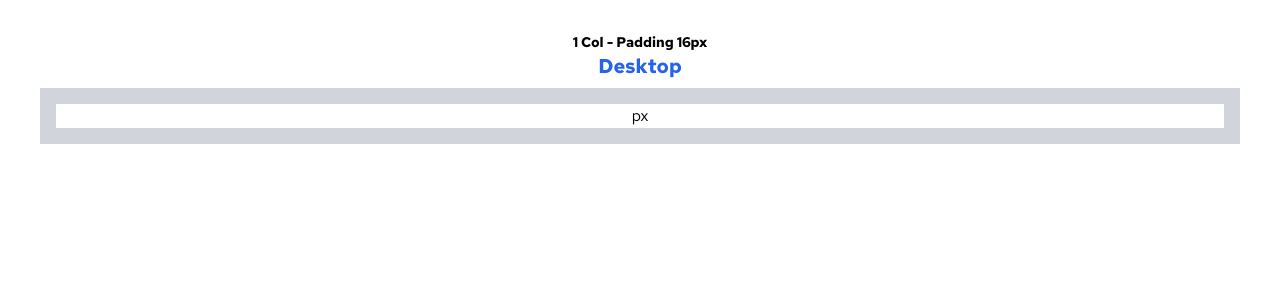
Repository: fabianwurk/vue-tailwind
Page: /
These files come from the project's save history. The page is drawn as it stood at one moment and after the next save; the edit follows.
The browser window is 1280 px wide. The pictures show the whole page.
The project was rebuilt for these pictures with package versions that can differ from the ones it lists, and the page was loaded fresh each time. Also part of the build but not shown: vite.config.js.

Above is the page before, as saved 2021-03-16 23:46:46.
Console error: TypeError: this.innerWidth is not a function

### index.html
<!DOCTYPE html>
<html lang="en">
  <head>
    <link rel="preconnect" href="https://fonts.gstatic.com">
<link href="https://fonts.googleapis.com/css2?family=Red+Hat+Text:wght@400;700&display=swap" rel="stylesheet">
    <meta charset="UTF-8" />
    <link rel="icon" href="/favicon.ico" />
    <meta name="viewport" content="width=device-width, initial-scale=1.0" />
    <title>Vite App</title>
  </head>
  <body>
    <div id="app"></div>
    <script type="module" src="/src/main.js"></script>
  </body>
</html>

### src/App.vue
<template>
  <Large />
  <!--<Medium />-->
</template>

<script setup>
import Large from './components/Large.vue';
// import Medium from './components/Medium.vue';

</script>

### src/index.css
/* ./src/index.css */
@tailwind base;

body {
  font-family: 'Red Hat Text', sans-serif;
}
@tailwind components;
@tailwind utilities;

### src/components/Large.vue
<template>
  <div>

    <div class="container mx-auto">
      <h2 class="text-sm font-bold mb-2 mt-8 text-center">
        1 Col - Padding 16px
        <span class="block md:hidden lg:hidden text-center text-blue-600 text-xl">Mobile</span>
        <span class="hidden md:block lg:hidden text-center text-blue-600 text-xl">Tablet</span>
        <span class="hidden md:hidden lg:block text-center text-blue-600 text-xl">Desktop</span>
      </h2>
      <div class="flex items-center">
        <div class="w-full bg-gray-300 mb-4 mt-0 py-4 px-4 text-center">
          <span class="bg-white w-full block" ref="boxWidth">{{width1}}px</span>
        </div>
      </div>
    </div>

  </div>
</template>

<script>
export default {
  data() {
    return {
      width1: null,
    };
  },
  mounted() {
  	this.innerWidth()
  },
  created() {
  window.addEventListener("resize", this.resizeWidthEvent);
  },
  destroyed() {
    window.removeEventListener("resize", this.resizeWidthEvent);
  },
  methods: {
    resizeWidthEvent(e) {
      this.width1 = this.$refs.boxWidth.clientWidth;
    }
  }
}
</script>

### tailwind.config.js
module.exports = {
  purge: ['./index.html', './src/**/*.{vue,js,ts,jsx,tsx}'],
  darkMode: false, // or 'media' or 'class'
  theme: {
    extend: {
      container: {
        'md': {'max': '768px'},
      },
      screens: {
        'xl': {'min': '1200px', 'max': '1280px'},
        '2xl': {'max': '1280px'},
      },
    },
  },
  variants: {
    extend: {},
  },
  plugins: [],
}

Loaded but not shown: src/main.js (common file)

After the next save:
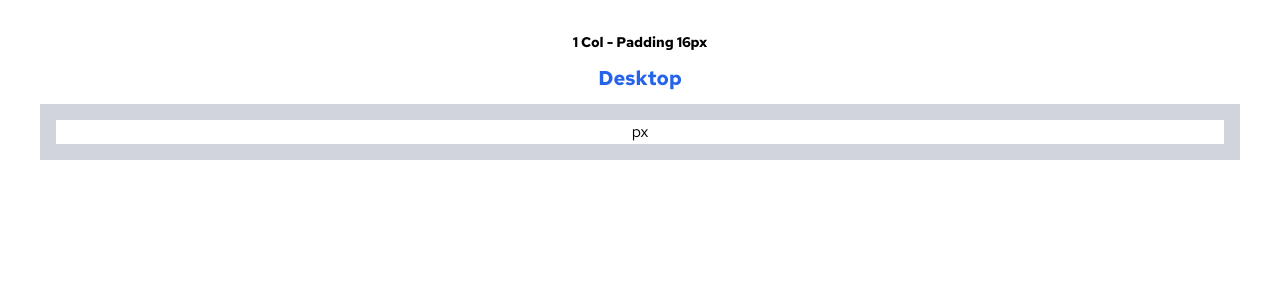
Saved 9 s later.
--- a/src/components/Large.vue
+++ b/src/components/Large.vue
@@ -6,7 +6,7 @@
         1 Col - Padding 16px
         <span class="block md:hidden lg:hidden text-center text-blue-600 text-xl">Mobile</span>
         <span class="hidden md:block lg:hidden text-center text-blue-600 text-xl">Tablet</span>
-        <span class="hidden md:hidden lg:block text-center text-blue-600 text-xl">Desktop</span>
+        <span class="hidden md:hidden lg:block text-center text-blue-600 text-xl my-3">Desktop</span>
       </h2>
       <div class="flex items-center">
         <div class="w-full bg-gray-300 mb-4 mt-0 py-4 px-4 text-center">
